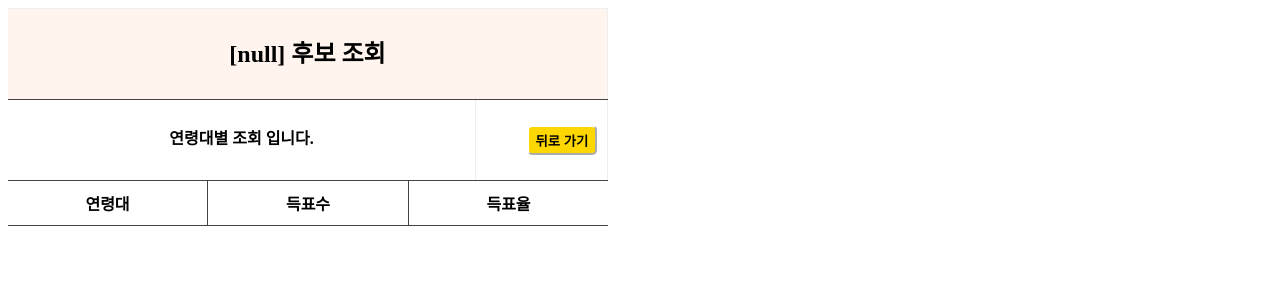
Repository: noheul1030/KOPO-HTML
Page: http://localhost/Tupyo/Tupyo/oneviewDB.jsp
These files come from the project's save history. The page is drawn as it stood at one moment and after the next save; the edit follows.
The browser window is 1280 px wide. The pictures show the whole page.
The page is served by Tomcat 9. Queries for data that is not in the repository find no rows.

Above is the page before, as saved 2023-06-04 09:27:34.

### Tupyo/src/main/webapp/Tupyo/oneviewDB.jsp
<meta http-equiv = "Content-Type" content = "text/html; charset = utf-8" />
<%@ page contentType="text/html; charset=UTF-8" %>
<%@ page import="java.util.*" %> <!--java import-->
<%@ page import="java.io.*"%> <!--java import-->
<%@ page import="java.sql.*"%> <!--java import-->
<html>
	<head>
		<title>투표 B_02_H.jsp</title>
		<style>
    		table {
    			text-align: center;
   				border: 0;
   				solid black;
   				width: 600px;
   				border-collapse: collapse;
   				cellspacing="1"}
    		th, td {
		    border-bottom: 1px solid #444444;
		    border-left: 1px solid #444444;
		    padding: 10px;
			}
			th:first-child, td:first-child {
			  border-left: none;
			}
    		a {text-decoration-line: none;  color: #696969;}

    		h1,h2,h4 {margin-top: 15px; text-align: center;}
    		.fourth {
			  background: gold;
			  border-color: white;
			  color: black;
			  background-image: linear-gradient(45deg, yellow 50%, transparent 50%);
			  background-position: 100%;
			  background-size: 400%;
			  transition: background 300ms ease-in-out;
			  border-radius: 5px;
			}

			.fourth:hover {
			  background-position: 0;
			}
			select{
				width: 70px; height: 20px; padding: 0px;font-weight: bold;
			}
    	</style>
	</head>
	<body>
<%
		//key값 저장
		String key = request.getParameter("key");

		// DB연동
        Class.forName("com.mysql.jdbc.Driver");
		//Connection conn = DriverManager.getConnection("jdbc:mysql://192.168.23.60:3307/kopo11","root","shdmf1030@");
		Connection conn = DriverManager.getConnection("jdbc:mysql://localhost:3306/noheul","root","shdmf1030@");
        Statement stmt = conn.createStatement();

    	// key값 으로 찾는 쿼리문
        String query = String.format("SELECT age AS 연령대,COUNT(age) AS 득표수,COUNT(age) / (SELECT COUNT(*) FROM TupyoDB) * 100 AS 득표율"
        		+ " FROM TupyoDB"
        		+ " WHERE hubo = ? AND age IS NOT NULL"
        		+ " GROUP BY age"
        		+ " ORDER BY age asc;",key);

        PreparedStatement pstmt = conn.prepareStatement(query);
      	pstmt.setString(1, key);

        ResultSet rset = pstmt.executeQuery();
%>
		<table border = 1>
			<tr>
				<td bgcolor = #fff5ee colspan = "3"><h2 align = center>[<%=key%>] 후보 조회</h2></td><!--해당 key값 head text 크기 1-->
			</tr>
			<tr>
				<td><h4>연령대별 조회 입니다.</h3></td>
				<td align = right width = 22%  style = "border-left: none;">
				<input class="fourth" type="submit" value="뒤로 가기" style="width: 70px; height: 30px; padding: 0px;font-weight: bold;" formaction = 'B_01_H.jsp'></td>
			</tr>
		</table>
		<table>
			<tr>
				<td><b>연령대</b></td> <td><b>득표수</b></td> <td><b>득표율</b></td>
			</tr>

<%			while(rset.next()){ %>
			<tr>
				<td><%=rset.getString(1)%></td>
				<td><%=rset.getInt(2)%></td>
				<td><%=rset.getFloat(3)%></td>
			</tr>
<%			} %>
		</table>
	</body>
</html>

After the next save:
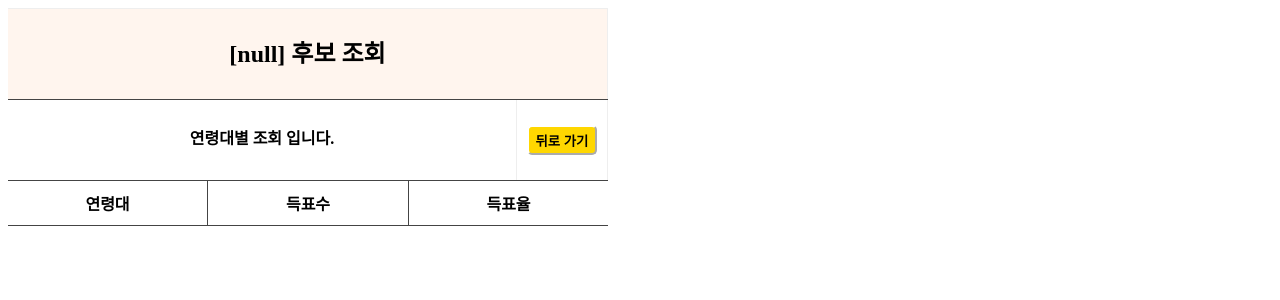
Saved 14 s later.
--- a/Tupyo/src/main/webapp/Tupyo/oneviewDB.jsp
+++ b/Tupyo/src/main/webapp/Tupyo/oneviewDB.jsp
@@ -73,7 +73,7 @@
 			</tr>
 			<tr>
 				<td><h4>연령대별 조회 입니다.</h3></td>
-				<td align = right width = 22%  style = "border-left: none;">
+				<td align = right width = 15%  style = "border-left: none;">
 				<input class="fourth" type="submit" value="뒤로 가기" style="width: 70px; height: 30px; padding: 0px;font-weight: bold;" formaction = 'B_01_H.jsp'></td>
 			</tr>
 		</table>

After the save that followed:
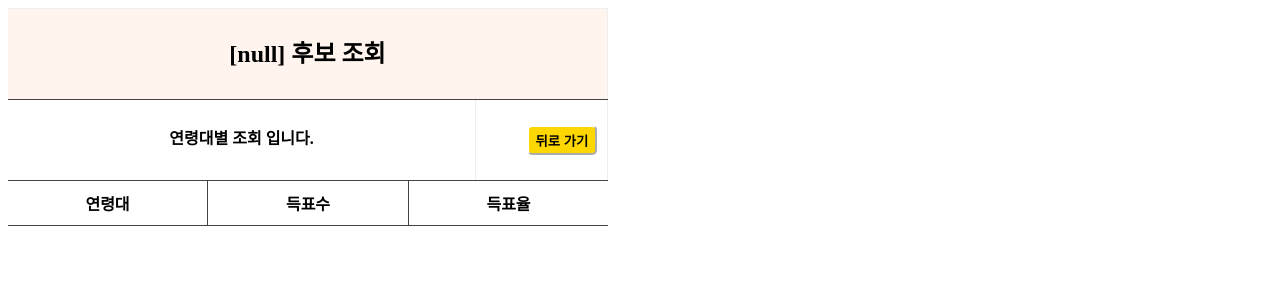
Saved 18 s later.
--- a/Tupyo/src/main/webapp/Tupyo/oneviewDB.jsp
+++ b/Tupyo/src/main/webapp/Tupyo/oneviewDB.jsp
@@ -73,7 +73,7 @@
 			</tr>
 			<tr>
 				<td><h4>연령대별 조회 입니다.</h3></td>
-				<td align = right width = 15%  style = "border-left: none;">
+				<td align = right width = 22%  style = "border-left: none;">
 				<input class="fourth" type="submit" value="뒤로 가기" style="width: 70px; height: 30px; padding: 0px;font-weight: bold;" formaction = 'B_01_H.jsp'></td>
 			</tr>
 		</table>
